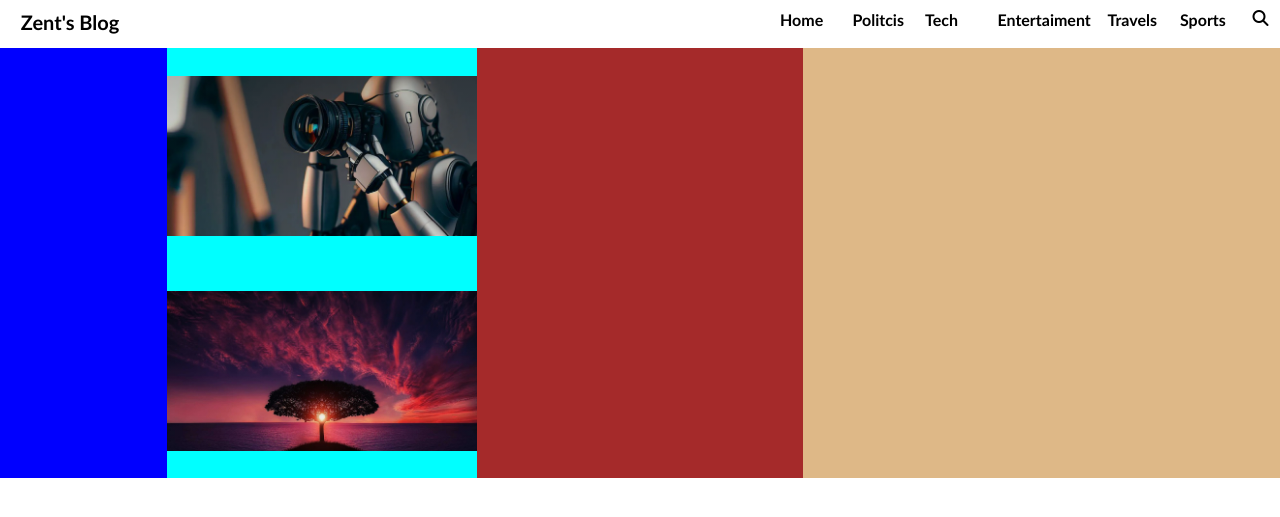
Repository: giacatdat2k5/html3
Page: html3.vs/7.1.html
The author's editor kept a copy of each file at every save. The page is drawn from the files as they stood at one save, then again after the next save.
The browser window is 1280 px wide. The pictures show the whole page.

Above is the page before, as saved 2023-09-27 13:51:15.

### html3.vs/7.1.html
<!DOCTYPE html>
<html lang="en">
<head>
    <meta charset="UTF-8">
    <meta name="viewport" content="width=device-width, initial-scale=1.0">
    <title>7.2</title>
    <link rel="stylesheet" type="text/css" href="7.1.css">
    <link rel="stylesheet" href="https://cdnjs.cloudflare.com/ajax/libs/font-awesome/6.4.2/css/all.min.css"/>
</head>
<body>
    <div id="header">
        <div class="logo">Zent's Blog </div>
        <div class="menu">
            <div class="items">Home</div>
            <div class="items">Politcis</div>
            <div class="items">Tech</div>
            <div class="items">Entertaiment</div>
            <div class="items">Travels</div>
            <div class="items">Sports</div>
            <div class="search"><i class="fa-solid fa-magnifying-glass"></i></div>
        </div>
    </div>
    <div id="content">
        <div class="left">
            <div class="imageleft">
                <div class="iamge1">
                    <div class="edit"></div>
                </div>
                <div class="iamge2">
                    <div class="edit"></div>
                </div>
            </div>
        </div>
        <div class="center">
            <div class="imagecenter"></div>
        </div>
        <div class="right">
            <div class="iamgeright"></div>
        </div>
    </div>
</body>
</html>

### html3.vs/7.1.css
@media all and (min-width: 992px){
*{
    margin:0;
    padding: 0;
}
#header{
    width: 100%;
    height: 3em;
    display: flex;
    justify-content: space-between;
}
.logo{
    font-size: 20px;
    width: 120px;
    text-align: center;
    padding: 10px;
    font-weight: bold;
    font-family:'Trebuchet MS', 'Lucida Sans Unicode', 'Lucida Grande', 'Lucida Sans', Arial, sans-serif;

}
.menu{
    width: 510px;
    display: flex;
}
.items{
    width: 90px;
    padding: 10px;
    font-weight: bold;
    font-family:'Trebuchet MS', 'Lucida Sans Unicode', 'Lucida Grande', 'Lucida Sans', Arial, sans-serif;
}
.search{
    width: 30px;
    padding: 10px;
}
#content{
    width: 100%;
    height: 430px;
    background-color:whitesmoke;
    display: flex;
}
.left{
    width: 38%;
    height: 100%;
    background-color: blue;
    display: flex;
    justify-content: right;
    align-items: center;
}
.center{
    width: 26%;
    height: 100%;
    background-color: brown;
}
.right{
    width: 38%;
    height: 100%;
    background-color:burlywood;
}
.imageleft{
    width: 65%;
    height: 100%;
    background-color: aqua;
    display: flex;
    flex-wrap: wrap;
    align-items: center;
}
.iamge1{
    background-image: url('anh1.webp');
    background-size: cover;
    width: 100%;
    height: 160px;
    display:flex;
    align-items: end;
}
.iamge2{
    background-image: url('anh2.jpeg');
    background-size: cover;
    width: 100%;
    height: 160px;
}
.edit{
    width: 100%;
    height: 100%;
    background: linear-gradient(to top, transparent, rgba(0, 0, 0, 0.3)); /* Gradient từ transparent lên đen */
}
}

After the next save:
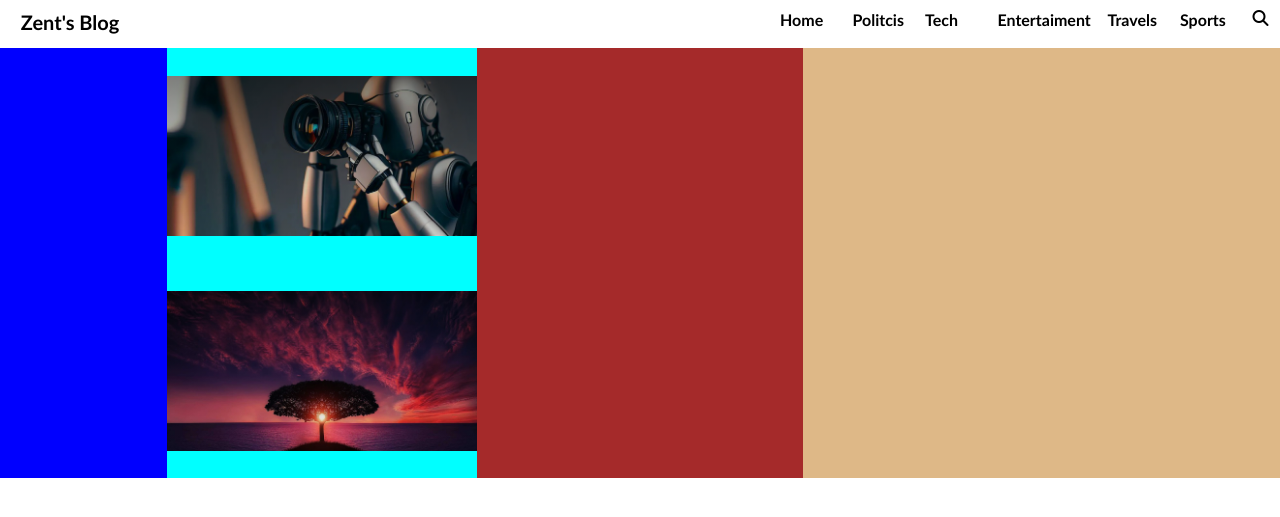
Saved 21 s later.
--- a/html3.vs/7.1.css
+++ b/html3.vs/7.1.css
@@ -81,6 +81,6 @@
 .edit{
     width: 100%;
     height: 100%;
-    background: linear-gradient(to top, transparent, rgba(0, 0, 0, 0.3)); /* Gradient từ transparent lên đen */
+    background: linear-gradient(to top, transparent, rgba(0, 0, 0, 0.5)); /* Gradient từ transparent lên đen */
 }
 }
